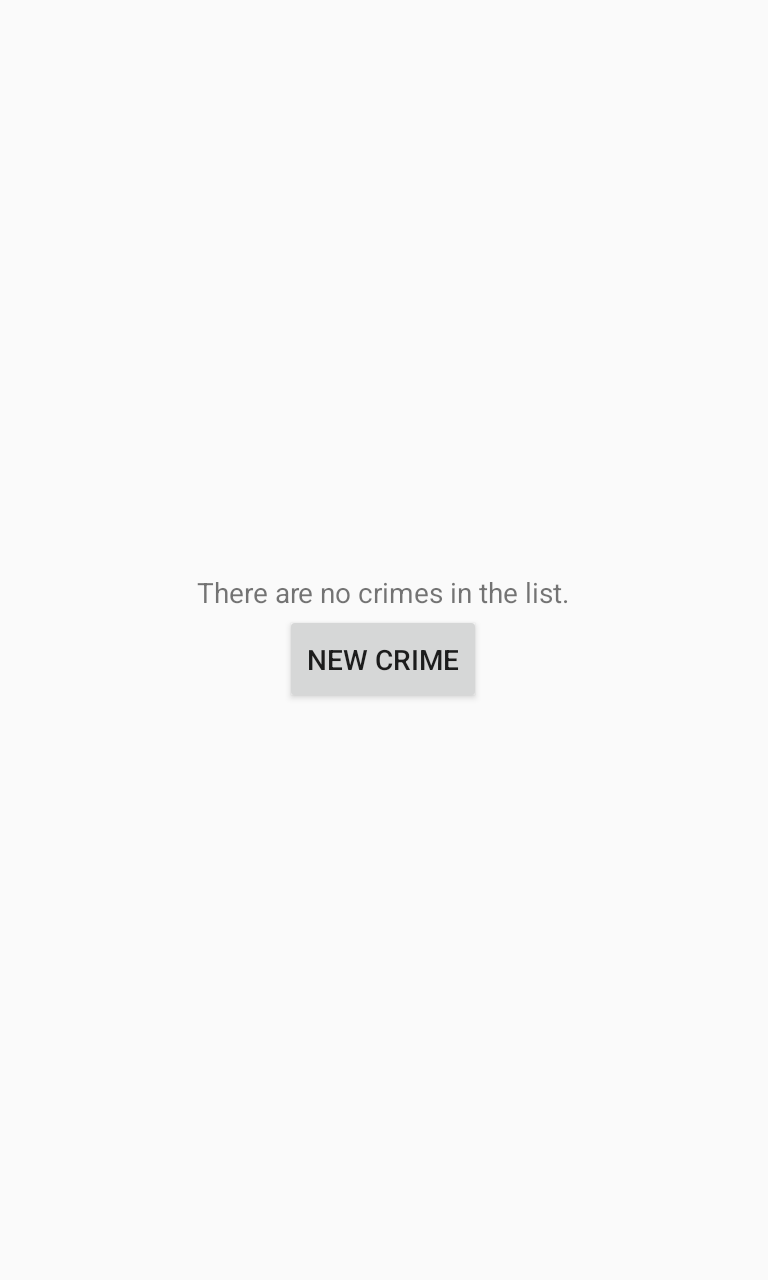
Repository: Jeedan/learning-android-apps
Layout: CriminalIntent/res/layout/fragment_list_empty.xml
The author's editor kept a copy of each file at every save. The layout is drawn from the files as they stood at one save, then again after the next save.
It is drawn on a 768 x 1280 px phone screen (xhdpi) without system bars, with theme AppTheme; the app's code is not run. Lists and similar views that code fills are empty.

Above is the layout before, as saved 2014-10-23 10:13:33.

### CriminalIntent/res/layout/fragment_list_empty.xml
<?xml version="1.0" encoding="utf-8"?>
<FrameLayout xmlns:android="http://schemas.android.com/apk/res/android"
    android:id="@+id/fragmentEmptyContainer"
    android:layout_width="match_parent"
    android:layout_height="match_parent"
    >
   <ListView
      android:id="@android:id/list"
      android:layout_width="wrap_content"
      android:layout_height="wrap_content" />

   <LinearLayout
    android:layout_width="wrap_content"
    android:layout_height="wrap_content"
    android:orientation="vertical"
    android:layout_gravity="center">
    <TextView
        android:id="@android:id/empty"
        android:layout_width="wrap_content"
        android:layout_height="wrap_content"
        android:text="@string/empty_list"
        android:layout_gravity="center" />

    <Button
        android:id="@+id/add_crime_button"
        android:layout_width="wrap_content"
        android:layout_height="wrap_content"
        android:text="@string/new_crime"
        android:layout_gravity="center" />
   </LinearLayout>
</FrameLayout>

### CriminalIntent/res/values/strings.xml
<?xml version="1.0" encoding="utf-8"?>
<resources>

    <string name="app_name">CriminalIntent</string>
    <string name="action_settings">Settings</string>

    <!-- Crime Activity -->
    <string name="title_activity_crime">CrimeActivity</string>
    <string name="crime_title_hint">Enter a title for the crime</string>
    <string name="crime_title_label">Title</string>
    <string name="crime_details_label">Details</string>
    <string name="crime_solved_label">Solved?</string>
    <string name="crimes_title">Crimes</string>
    <string name="date_picker_title">Date of crime:</string>

    <string name="new_crime">New Crime</string>
    <string name="show_subtitle">Show Subtitle</string>
    <string name="hide_subtitle">Hide Subtitle</string>
    <string name="subtitle">If you see something, say something.</string>
    <string name="delete_crime">Delete</string>

    <string name="empty_list">There are no crimes in the list.</string>
</resources>

Loaded but not shown: CriminalIntent/res/values/styles.xml (common file); CriminalIntent/res/values-v11/styles.xml (common file); CriminalIntent/res/values-v14/styles.xml (common file)

After the next save:
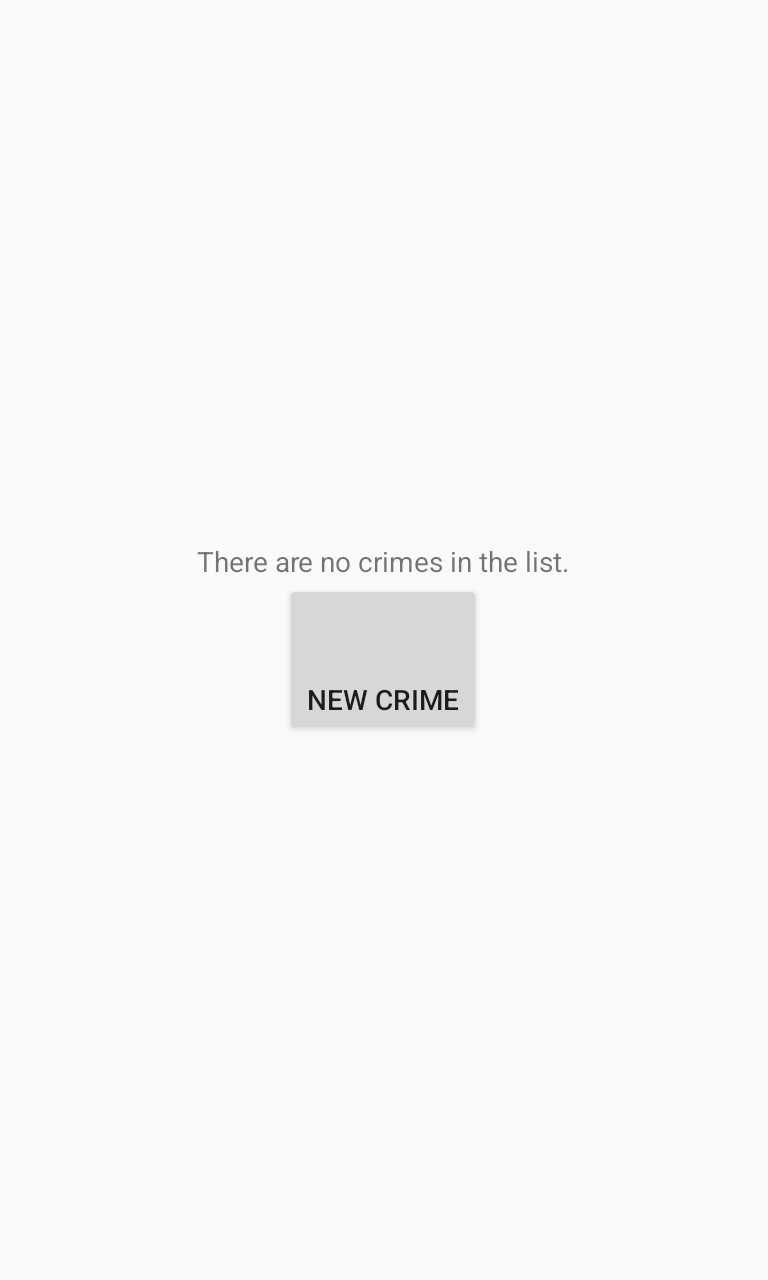
Saved 23 s later.
--- a/CriminalIntent/res/layout/fragment_list_empty.xml
+++ b/CriminalIntent/res/layout/fragment_list_empty.xml
@@ -26,6 +26,7 @@
         android:layout_width="wrap_content"
         android:layout_height="wrap_content"
         android:text="@string/new_crime"
-        android:layout_gravity="center" />
+        android:layout_gravity="center"
+        android:paddingTop="50dp" />
    </LinearLayout>
 </FrameLayout>
